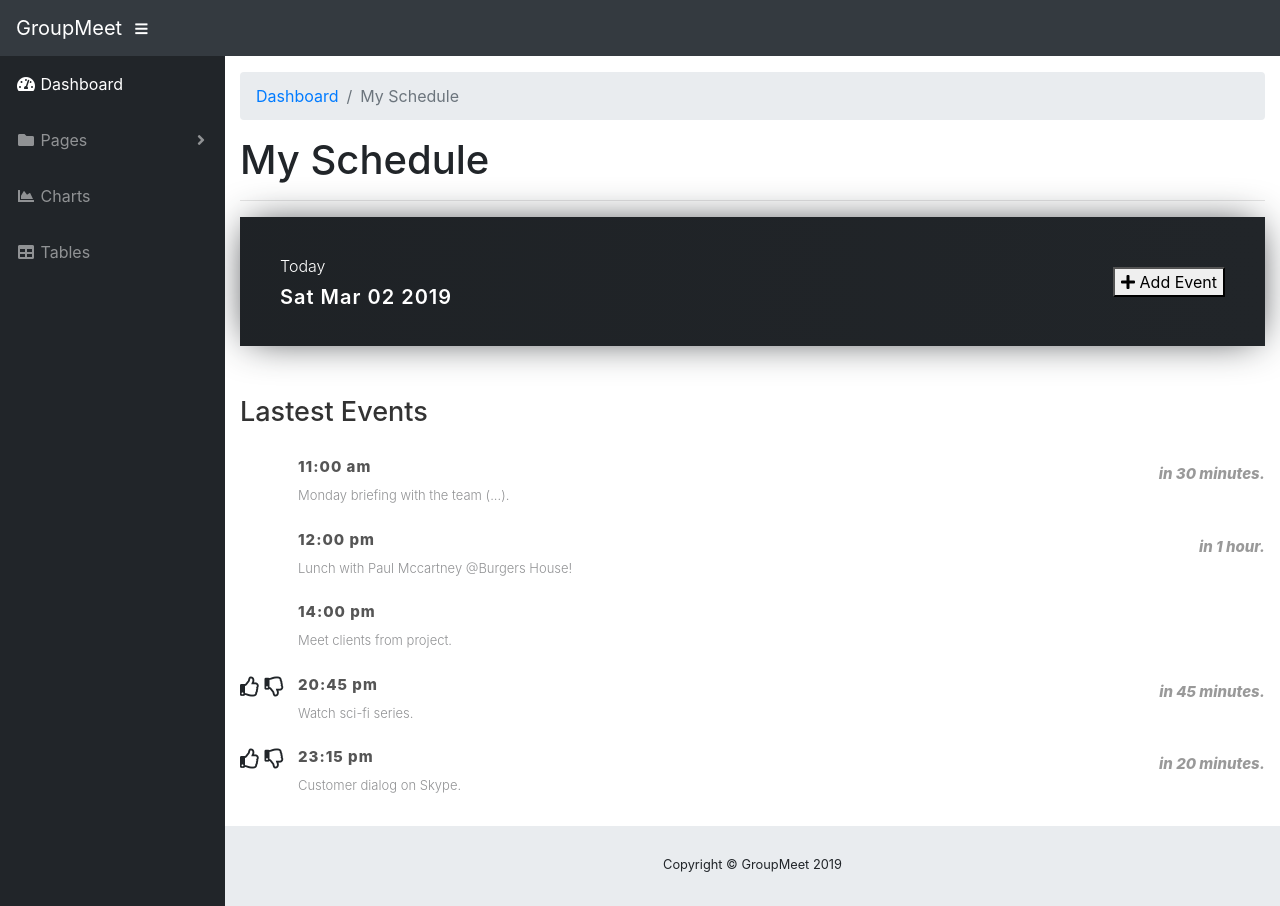
Repository: Map2g/GroupMeet
Page: http://localhost/view_personal_event.html
The author's editor kept a record of every edit. The page is drawn from the files as they stood at one moment, then again after the next edit.
The browser window is 1280 px wide. The pictures show the whole page.
The page is run by PHP 8.4 with error messages shown; the project is at /var/www/html/.

Above is the page before.

After the next edit:
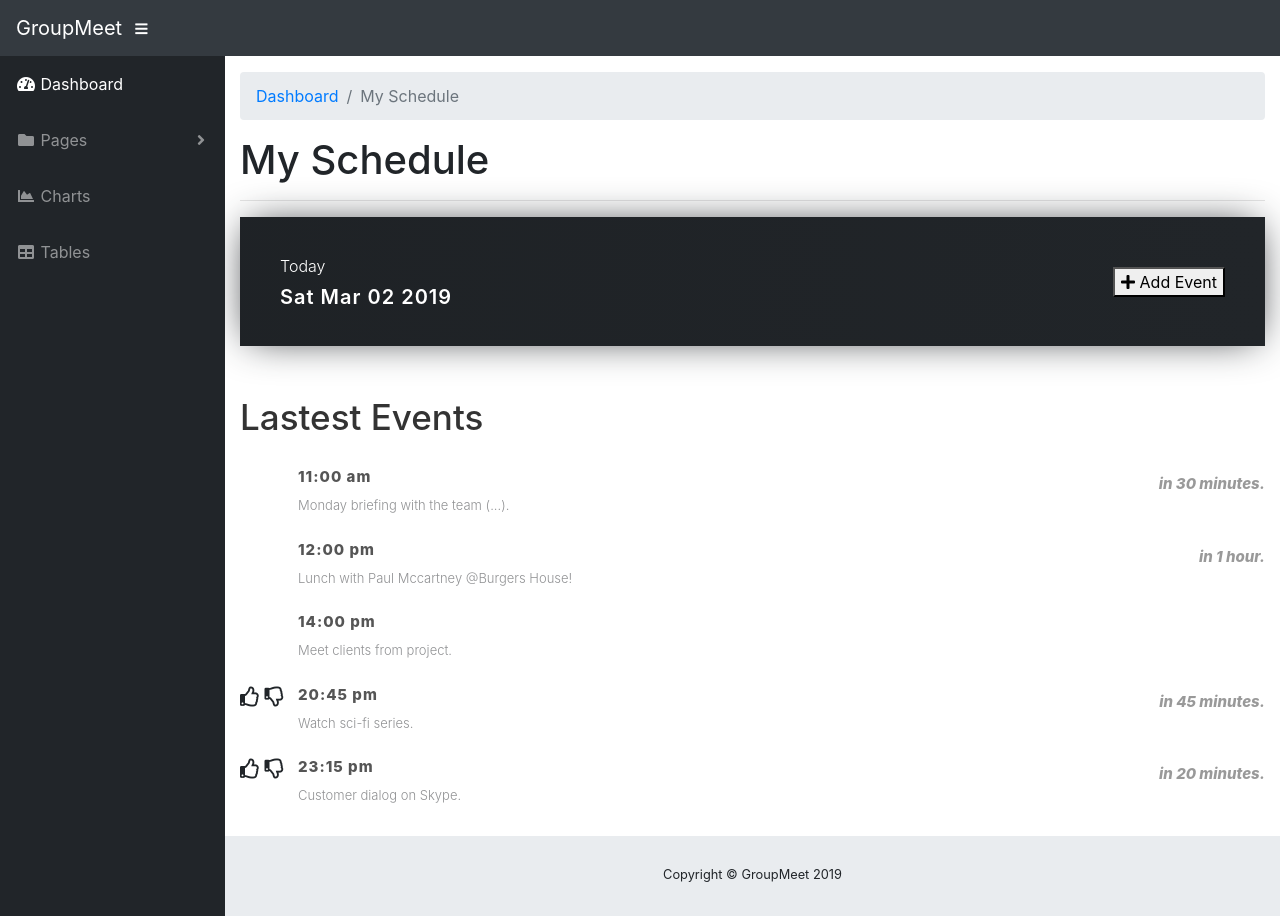
The edit:
--- a/mysched.css
+++ b/mysched.css
@@ -178,7 +178,7 @@
 
       .upcoming-events-head {
          color: #333;
-         font-size: 27px;
+         font-size: 35px;
          margin-bottom: 30px;
          font-weight: 500;
          line-height: 1.2;
